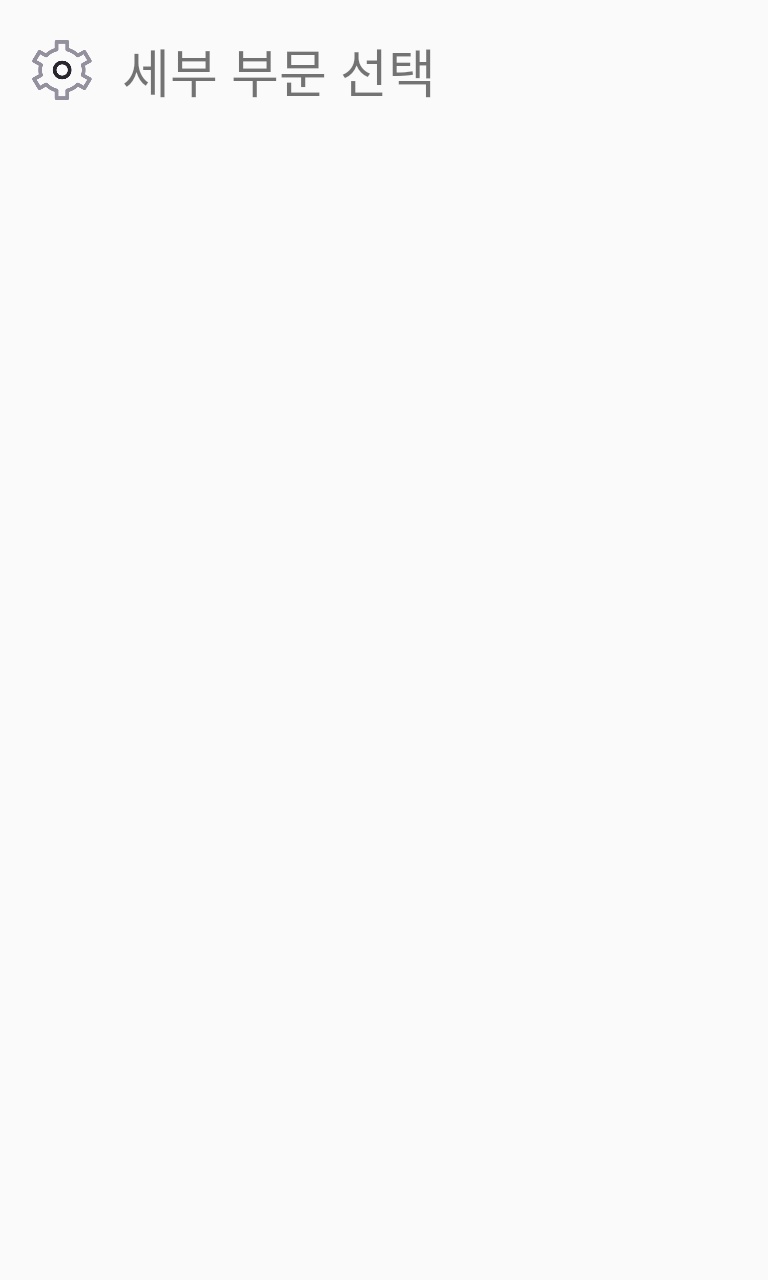
Repository: team-peony/ccfinder
Layout: android/CertifiedCompanyFinder/res/layout/fragment_category_ks.xml
These files come from the project's save history. The layout is drawn as it stood at one moment and after the next save; the edit follows.
It is drawn on a 768 x 1280 px phone screen (xhdpi) without system bars, with theme AppTheme; the app's code is not run.

Above is the layout before, as saved 2015-02-20 05:35:23.

### android/CertifiedCompanyFinder/res/layout/fragment_category_ks.xml
<RelativeLayout xmlns:android="http://schemas.android.com/apk/res/android"
    xmlns:tools="http://schemas.android.com/tools"
    android:layout_width="match_parent"
    android:layout_height="match_parent"
    android:paddingBottom="@dimen/activity_vertical_margin"
    android:paddingLeft="@dimen/activity_horizontal_margin"
    android:paddingRight="@dimen/activity_horizontal_margin"
    android:paddingTop="@dimen/activity_vertical_margin"
    tools:context="com.peony.ccfinder.CategoryKsActivity$PlaceholderFragment" >

    <LinearLayout
        android:id="@+id/cks_llDescription"
        android:layout_width="wrap_content"
        android:layout_height="wrap_content"
        android:orientation="horizontal"
        android:gravity="center_vertical">
        <ImageView
            android:layout_width="30dp"
            android:layout_height="30dp"
            android:src="@drawable/ks_icon"/>
	    <TextView
	        android:layout_width="wrap_content"
	        android:layout_height="wrap_content"
	        android:layout_marginLeft="15dp"
	        android:textSize="26sp"
	        android:text="세부 부문 선택" />
    </LinearLayout>

    <LinearLayout
        android:layout_width="match_parent"
        android:layout_height="match_parent"
        android:layout_below="@id/cks_llDescription"
        android:orientation="vertical">

        <LinearLayout
            android:layout_width="match_parent"
            android:layout_height="wrap_content"
            android:orientation="horizontal">

			<ImageView
			    android:layout_width="0dp"
			    android:layout_height="wrap_content"
			    android:src="@drawable/a_icon"/>
        </LinearLayout>
    </LinearLayout>

</RelativeLayout>

### android/CertifiedCompanyFinder/res/values/styles.xml
<resources>

    <!--
        Base application theme, dependent on API level. This theme is replaced
        by AppBaseTheme from res/values-vXX/styles.xml on newer devices.
    -->
    <style name="AppBaseTheme" parent="Theme.AppCompat.Light">
        <!--
            Theme customizations available in newer API levels can go in
            res/values-vXX/styles.xml, while customizations related to
            backward-compatibility can go here.
        -->
    </style>

    <!-- Application theme. -->
    <style name="AppTheme" parent="AppBaseTheme">
        <!-- All customizations that are NOT specific to a particular API-level can go here. -->
    </style>

</resources>

### android/CertifiedCompanyFinder/res/values/dimens.xml
<resources>

    <!-- Default screen margins, per the Android Design guidelines. -->
    <dimen name="activity_horizontal_margin">16dp</dimen>
    <dimen name="activity_vertical_margin">16dp</dimen>
	<dimen name="category_icon_size">24dp</dimen>
	<dimen name="category_padding">58dp</dimen>
	<dimen name="ks_category_width">130dp</dimen>
</resources>

Loaded but not shown: android/CertifiedCompanyFinder/res/values-v11/styles.xml (common file); android/CertifiedCompanyFinder/res/values-v14/styles.xml (common file); android/CertifiedCompanyFinder/res/values-w820dp/dimens.xml (common file)

After the next save:
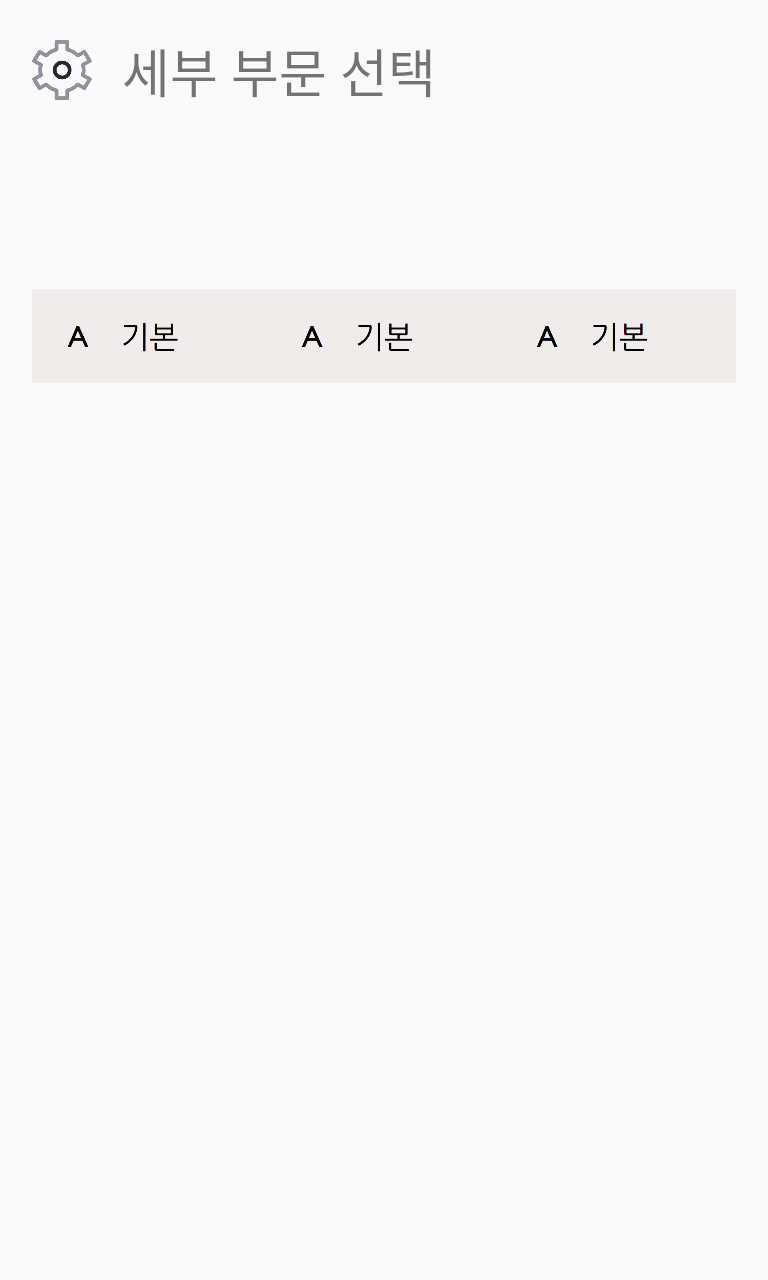
Saved 14 s later.
--- a/android/CertifiedCompanyFinder/res/layout/fragment_category_ks.xml
+++ b/android/CertifiedCompanyFinder/res/layout/fragment_category_ks.xml
@@ -40,6 +40,19 @@
 			<ImageView
 			    android:layout_width="0dp"
 			    android:layout_height="wrap_content"
+			    android:layout_weight="1"
+			    android:src="@drawable/a_icon"/>
+
+			<ImageView
+			    android:layout_width="0dp"
+			    android:layout_height="wrap_content"
+			    android:layout_weight="1"
+			    android:src="@drawable/a_icon"/>
+
+			<ImageView
+			    android:layout_width="0dp"
+			    android:layout_height="wrap_content"
+			    android:layout_weight="1"
 			    android:src="@drawable/a_icon"/>
         </LinearLayout>
     </LinearLayout>
